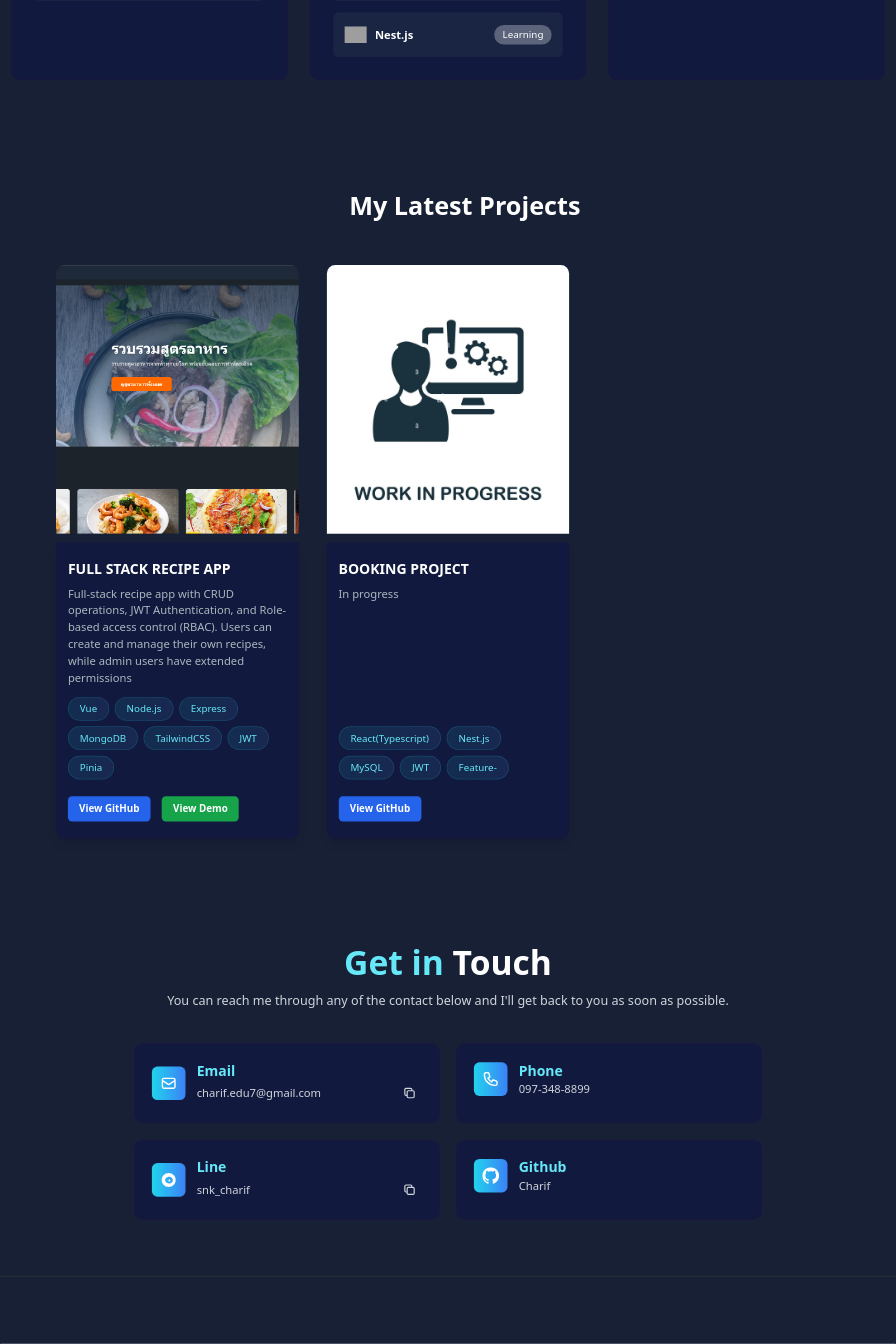
Repository: Charifx7/MyPortfolio
Page: /
An editor plug-in stored every save of this project. The page is shown before and after a run of saves, followed by the edit.
The browser window is 1280 px wide. The pictures show the part of the page from y = 1592 to 3512 px (the page is 3512 px tall), at 70% of full size.
Pictures or frames that could not be fetched are drawn as grey boxes. The project was rebuilt for these pictures with package versions that can differ from the ones it lists, and the page was loaded fresh each time. Also part of the build but not shown: vite.config.js.

Above is the page before, as saved 2026-02-14 10:51:57.

After the next 2 saves:
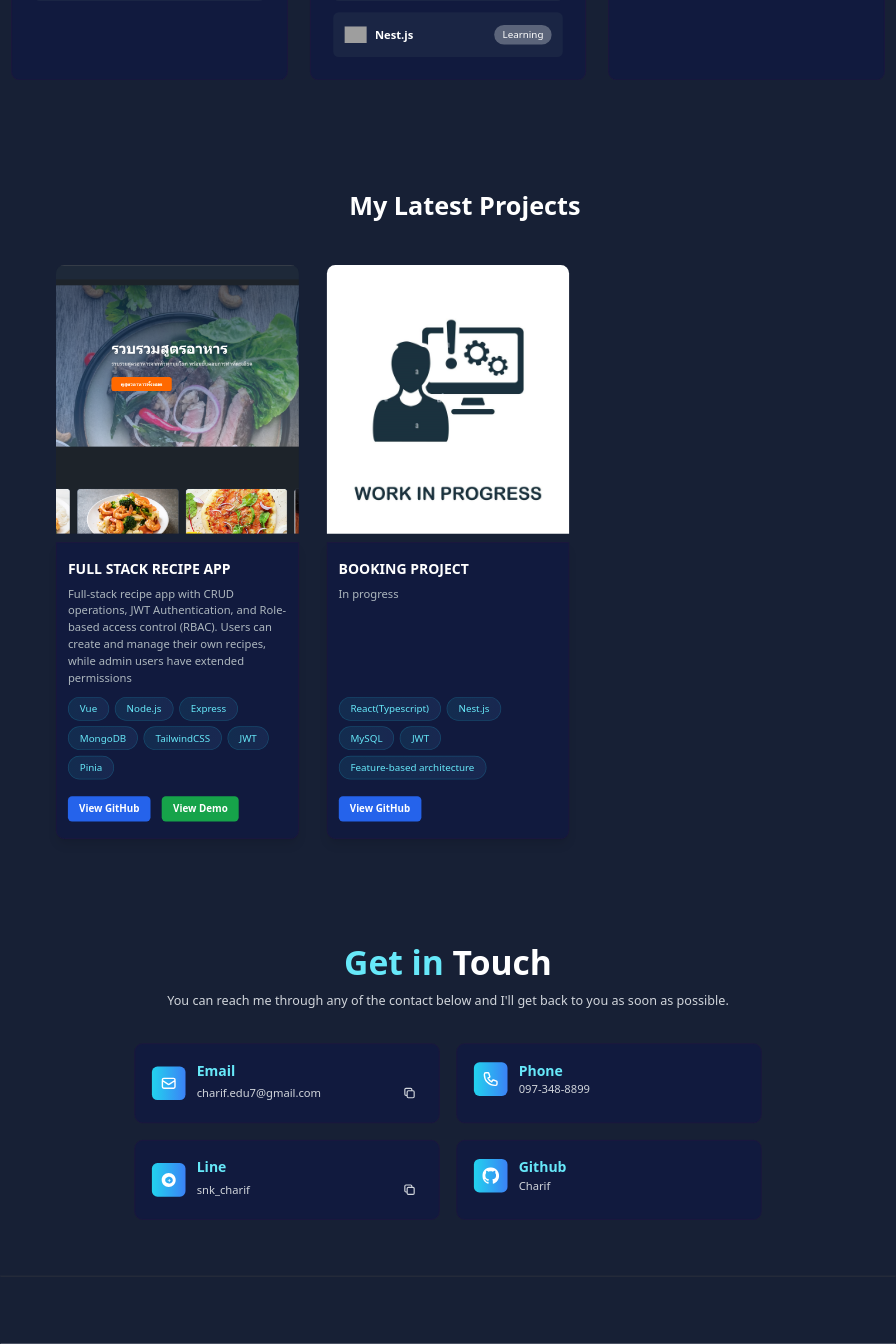
The 2 saves are shown as one change because they came seconds apart.
The last was saved 8 s later.
--- a/src/components/LatestProjSection.vue
+++ b/src/components/LatestProjSection.vue
@@ -65,7 +65,7 @@ const Projects = ref([
         image: '/assets/project0.jpg',
         title: 'Booking Project',
         description: 'In progress',
-        technologies: ['React(Typescript)', 'Nest.js','MySQL','JWT','Feature-'],
+        technologies: ['React(Typescript)', 'Nest.js','MySQL','JWT','Feature-based architecture'],
         gitURL: 'https://github.com/Charifx7',
         webURL: ''
     },
